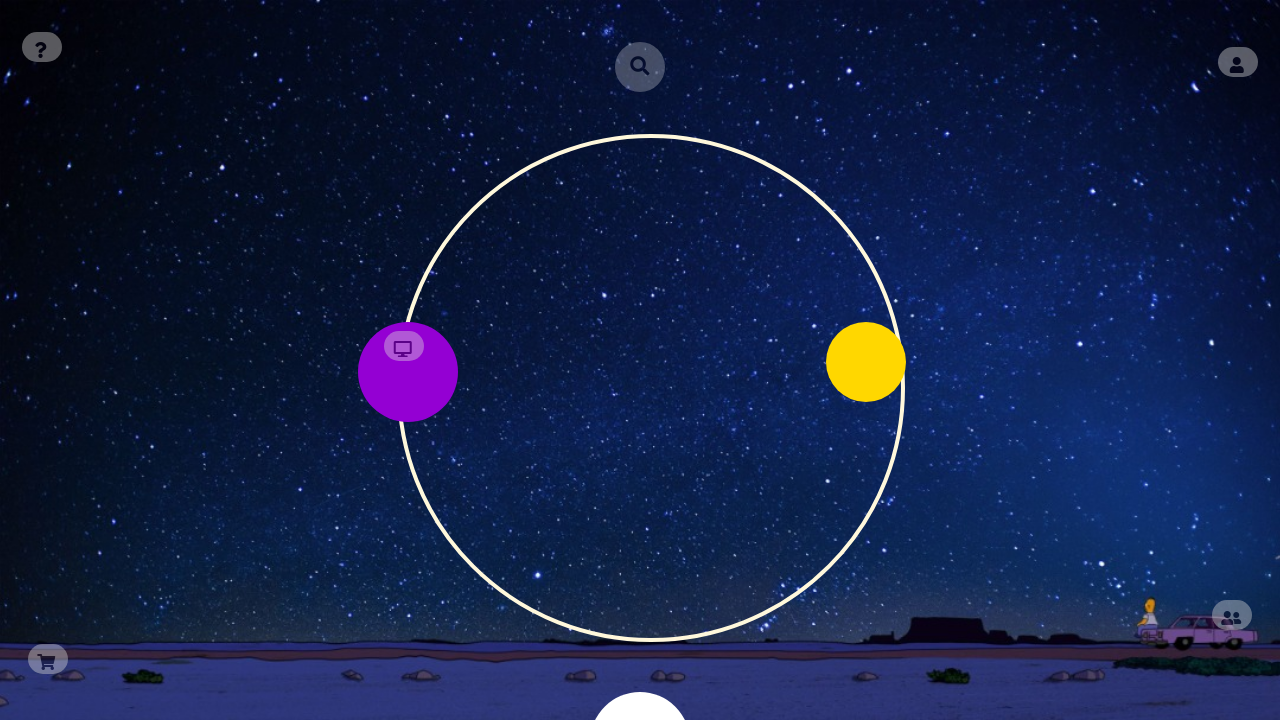
Repository: NFEL/Jupiter_shop
Page: Webpages/lnading page/landing.html
An editor plug-in stored every save of this project. The page is shown before and after the next save, followed by the edit.
The browser window is 1280 px wide. The pictures show the whole page.
Some web libraries are served in a nearby version.

Above is the page before, as saved 2020-11-27 03:38:17.

### Webpages/lnading page/landing.html

<html lang="en">
<head>
  <link rel="stylesheet" href="https://use.fontawesome.com/releases/v5.3.1/css/all.css" integrity="sha384-mzrmE5qonljUremFsqc01SB46JvROS7bZs3IO2EmfFsd15uHvIt+Y8vEf7N7fWAU" crossorigin="anonymous">
  <link rel="stylesheet" href="https://fonts.googleapis.com/icon?family=Material+Icons">
  <script>var asghar = false;
  function showoverlay()
  {
    if (asghar == false){asghar = true;
      document.getElementById("overlay").style.visibility = "visible";
      }
      else
      { asghar = false;
        document.getElementById("overlay").style.visibility = "hidden";}

  }</script>
</head>
<body>

<link rel="stylesheet" href="landing.css">

<div class="header">

<form action="">
  <input type="search">
  <i class="fa fa-search"></i>

</form>
<span id="overlay" class="squere">hi</span>
<button onclick="showoverlay()" class="btn"><i class="fa fa-user"></i></button>
<button class="btn2"><i class="fa fa-question"></i></button>

</div>

<div class="body">
  <div class="loader">
  </div>
  <span class="dot"></span>
  <span class="dot2"></span>
  <span class="dot3"></span>
  <button class="btn5"><i class="fa fa-desktop"></i></button>

  <div class="main">
    <div class="quarter quarter3"></div>
    <div class="cutout"></div>
  </div>

</div>

<div class="footer">
  <button class="btn3"><i class="fa fa-user-friends"></i></button>
  <button class="btn4"><i class="fa fa-shopping-cart"></i></button>
</div>
</body>
</html>

### Webpages/lnading page/landing.css
body {
    background-image:    url(back.jpeg);
    background-size:     cover;                      /* <------ */
    background-repeat:   no-repeat;
    background-position: center center;              /* optional, center the image */
    overflow: hidden;

    position: absolute;
    display: flex;
    flex-direction: column;
    align-items: right center;
    padding: 0;
    margin: 0;
    height: 100vh;
    width: 100%;
}

form{
    position: relative;
    top: 50%;
    left: 50%;
    transform: translate(-50%,-50%);
    transition: all 1s;
    width: 50px;
    height: 50px;
    background: white;
    box-sizing: border-box;
    border-radius: 25px;
    border: 4px solid white;
    padding: 5px;
    opacity: 0.25;
}
input{
    position: absolute;
    top: 0;
    left: 0;
    width: 100%;;
    height: 42.5px;
    line-height: 30px;
    outline: 0;
    border: 0;
    display: none;
    font-size: 1em;
    border-radius: 20px;
    padding: 0 20px;
}

.fa{
    box-sizing: border-box;
    padding: 10px;
    width: 42.5px;
    height: 42.5px;
    position: absolute;
    top: 0;
    right: 0;
    border-radius: 50%;
    color: #07051a;
    text-align: center;
    font-size: 1.2em;
    transition: all 1s;
}

form:hover{
    width: 200px;
    cursor: pointer;
}

form:hover input{
    display: block;
}

form:hover .fa{
    background: #07051a;
    color: white;
}

.btn {
    position: relative;
    left: 95%;
    bottom: 35%;
    background-color: #ddd;
    border:red;
    padding: 15px 20px;
    text-align: center;
    text-decoration: violet;
    display: flex;
    margin: 10px 2px;
    cursor: pointer;
    border-radius: 80px;
    opacity: 0.4;
  }

  .btn :hover{
    background-color: darkorange;
  }
  .btn2 {
    position: fixed;
    right: 95%;
    bottom: 90%;
    background-color: #ddd;
    border:red;
    padding: 15px 20px;
    text-align: center;
    text-decoration: violet;
    display: flex;
    margin: 10px 2px;
    cursor: pointer;
    border-radius: 50px;
    opacity: 0.4;
  }
  .btn3 {
    position: fixed;
    right: 2%;
    top: 82%;
    background-color: #ddd;
    border:red;
    padding: 15px 20px;
    text-align: center;
    text-decoration: violet;
    display: flex;
    margin: 10px 2px;
    cursor: pointer;
    border-radius: 50px;
    opacity: 0.4;
  }
  .btn4 {
    position: fixed;
    left: 2%;
    top: 88%;
    background-color: #ddd;
    border:red;
    padding: 15px 20px;
    text-align: center;
    text-decoration: violet;
    display: flex;
    margin: 10px 2px;
    cursor: pointer;
    border-radius: 50px;
    opacity: 0.4;
  }
  .loader {
    border-right: 4px solid cornsilk;
    border-left: 4px solid cornsilk;
    border-radius: 50%;
    margin: 0% 31%;
    border-top: 4px solid cornsilk;
    border-bottom: 4px solid cornsilk;
    width: 500px;
    height: 500px;
}
.dot {
    height: 100px;
    width: 100px;
    background-color:darkviolet;
    border-radius: 50%;
    display: inline-block;
    margin: -25% 28%;
  }
  .btn5 {
    position: fixed;
    left: 30%;
    top: 46%;
    background-color: #ddd;
    border:red;
    padding: 15px 20px;
    text-align: center;
    text-decoration: violet;
    display: flex;
    cursor: pointer;
    border-radius: 50px;
    opacity: 0.4;
  }
  .dot2 {
    height: 80px;
    width: 80px;
    background-color:gold;
    border-radius: 50%;
    display: inline-block;
    margin: -25% 64.5%;
  }
  .dot2 {
    height: 80px;
    width: 80px;
    background-color:gold;
    border-radius: 50%;
    display: inline-block;
    margin: -25% 64.5%;
  }

  .squere
  {
      width: 50px;
      height: 50px;
      background-color: grey;
      visibility: hidden;
  }

  .main {
    position: relative;
    width: 200px;
    height: 200px;
    margin: 0 auto;
  }
  .quarter {
    position: absolute;
    width: 50%;
    height: 50%;
    transition: background-color 0.2s ease-in-out;
  }
  .quarter:hover {
    background-color: pink;
  }
  .quarter3 {
    bottom: 0;
    left: 0;
    background-color: orange;
    border-radius: 0 0 0 100%;
  }

  .cutout {
    width: 50%;
    height: 50%;
    background-color: white;
    position: absolute;
    top: 25%;
    left: 25%;
    border-radius: 50%;
    pointer-events: none;
  }

After the next save:
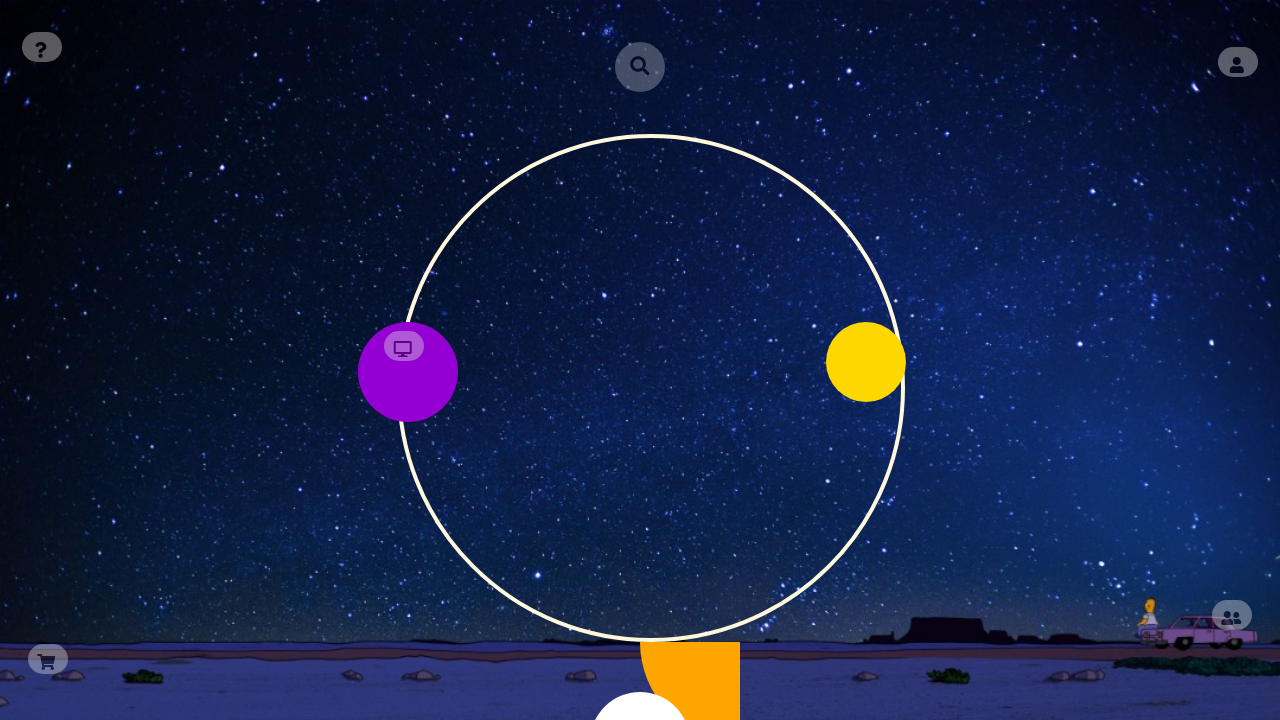
Saved 82 s later.
--- a/Webpages/lnading page/landing.css
+++ b/Webpages/lnading page/landing.css
@@ -211,8 +211,8 @@
     background-color: pink;
   }
   .quarter3 {
-    bottom: 0;
-    left: 0;
+    bottom: 50%;
+    left: 50%;
     background-color: orange;
     border-radius: 0 0 0 100%;
   }
